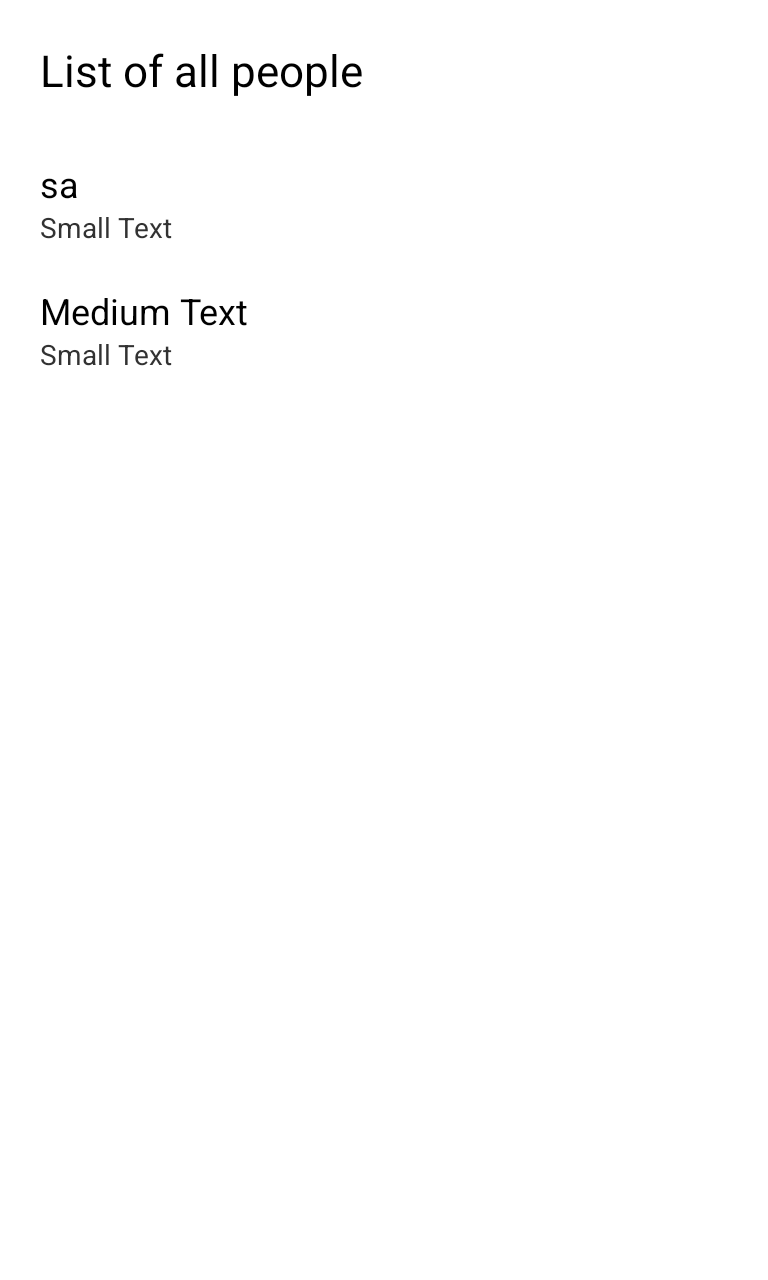
Repository: SimonIsMe/workspace_android
Layout: Lista5/res/layout/activity_list_of_people.xml
An editor plug-in stored every save of this project. The layout is shown before and after the next save, followed by the edit.
It is drawn on a 768 x 1280 px phone screen (xhdpi) without system bars, with theme AppTheme; the app's code is not run.

Above is the layout before, as saved 2012-12-10 13:09:08.

After the next save:
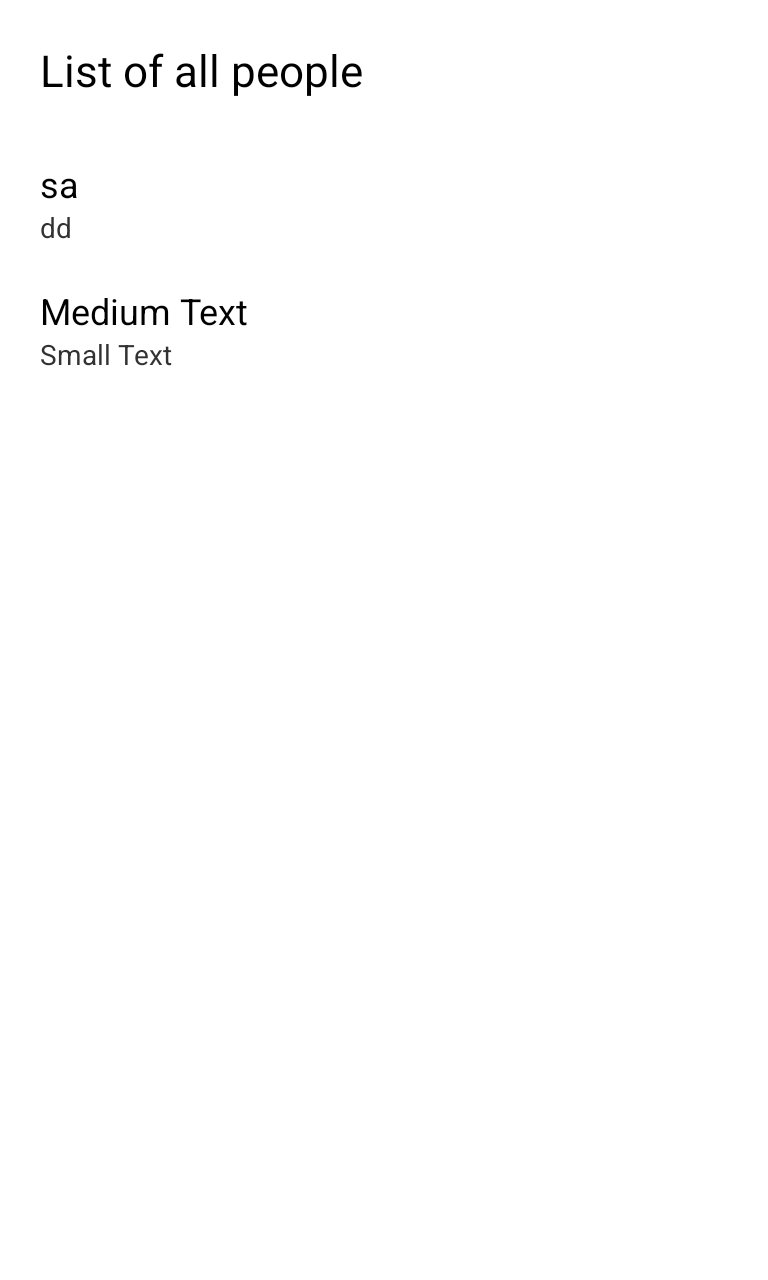
Saved 13 s later.
--- a/Lista5/res/layout/activity_list_of_people.xml
+++ b/Lista5/res/layout/activity_list_of_people.xml
@@ -46,10 +46,10 @@
             android:layout_marginBottom="20dp" >
 
             <TextView
-                android:id="@+id/textView3"
+                android:id="@+id/date1"
                 android:layout_width="fill_parent"
                 android:layout_height="wrap_content"
-                android:text="Small Text"
+                android:text="dd"
                 android:textAppearance="?android:attr/textAppearanceSmall" />
         </TableRow>
 
